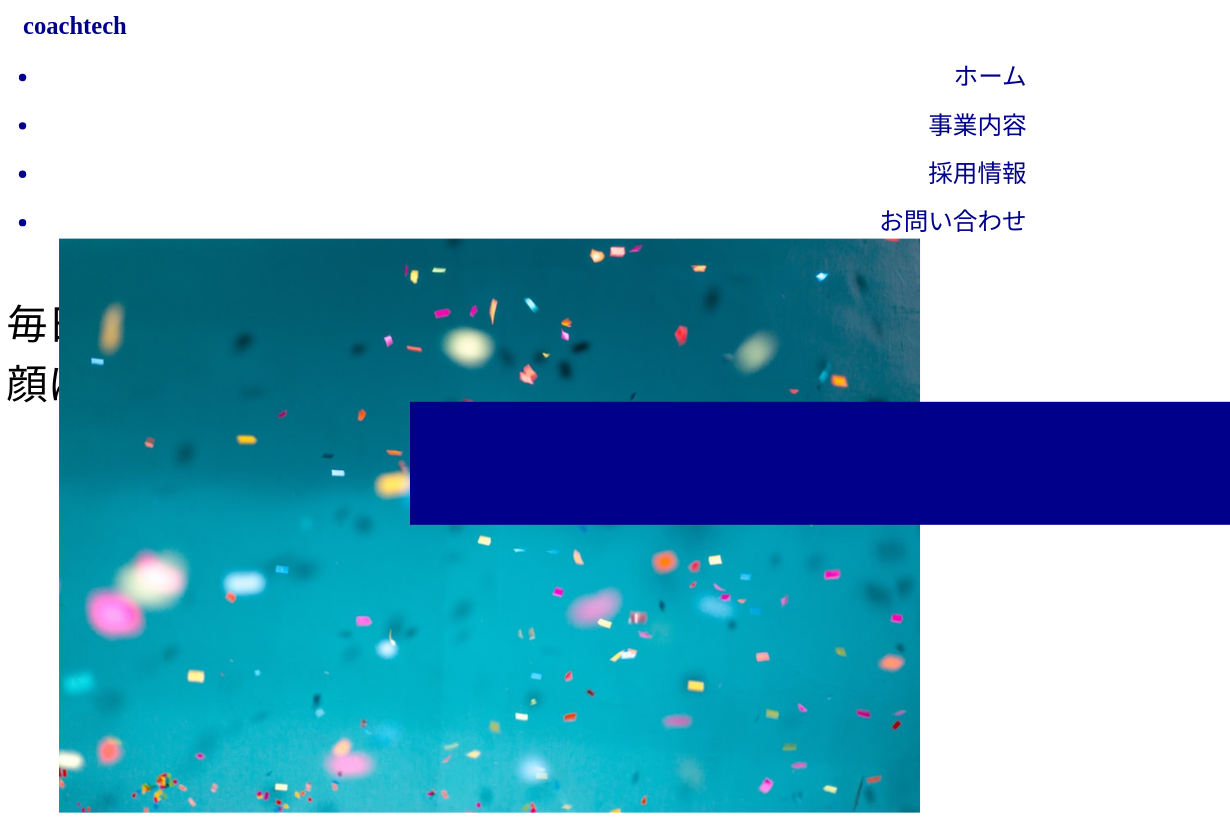
Repository: moro-ayu3/20230213_morohoshi
Page: index.html
These files come from the project's save history. The page is drawn as it stood at one moment and after a run of saves; the edit follows.
The browser window is 1280 px wide. The page is 1500 px wide, so the pictures cover 1500 px, including what lies to the right of the window. The pictures show the whole page, at 82% of full size.

Above is the page before, as saved 2023-02-13 14:08:05.

### index.html
<!DOCTYPE html>
<html lang="ja">

  <head>
    <meta charset="UTF-8" />
    <meta name="viewport" content="width=device-width, initial-scale=1.0" />
    <title>css演習問題</title>
    <link rel="stylesheet" href="./style.css">
  </head>

  <body>
   <header>
    <h1>coachtech</h1>
    <ul>
    <li>ホーム</li>
    <li>事業内容</li>
    <li>採用情報</li>
    <li>お問い合わせ</li>
   </ul>
   </header>
   <main>
    <div class="flex">
     <p>毎日を笑顔に</p>
     <div class="relative img">
      <img src="img/firstview.jpeg" alt="firstview">
     </div>
     <div class="absolute blue-box"></div>
    </div>
   </main>
  </body>

</html>

### style.css
h1 {
  color: #00008b;
  font-size: 30px;
  margin-top: 15px;
  margin-left: 20px;
}
.flex{
  display: flex;
  justify-content: flex-end;
}
li {
  color: #00008b;
  font-size: 30px;
  margin-top: 15px;
  margin-right: 20px;
  text-align: right;
}
p {
  color: black;
  font-size: 50px;
}
.absolute  {
  position: absolute;
  bottom: 80px;
  left: 500px;
}
.img {
  width: 100%;
  position: right;
}
.relative {
  position: relative;
  bottom: 15px;
  right: 150px;
}
.blue-box {
  width: 1000px;
  height: 150px;
  background-color: #00008b;
}

After the next 2 saves:
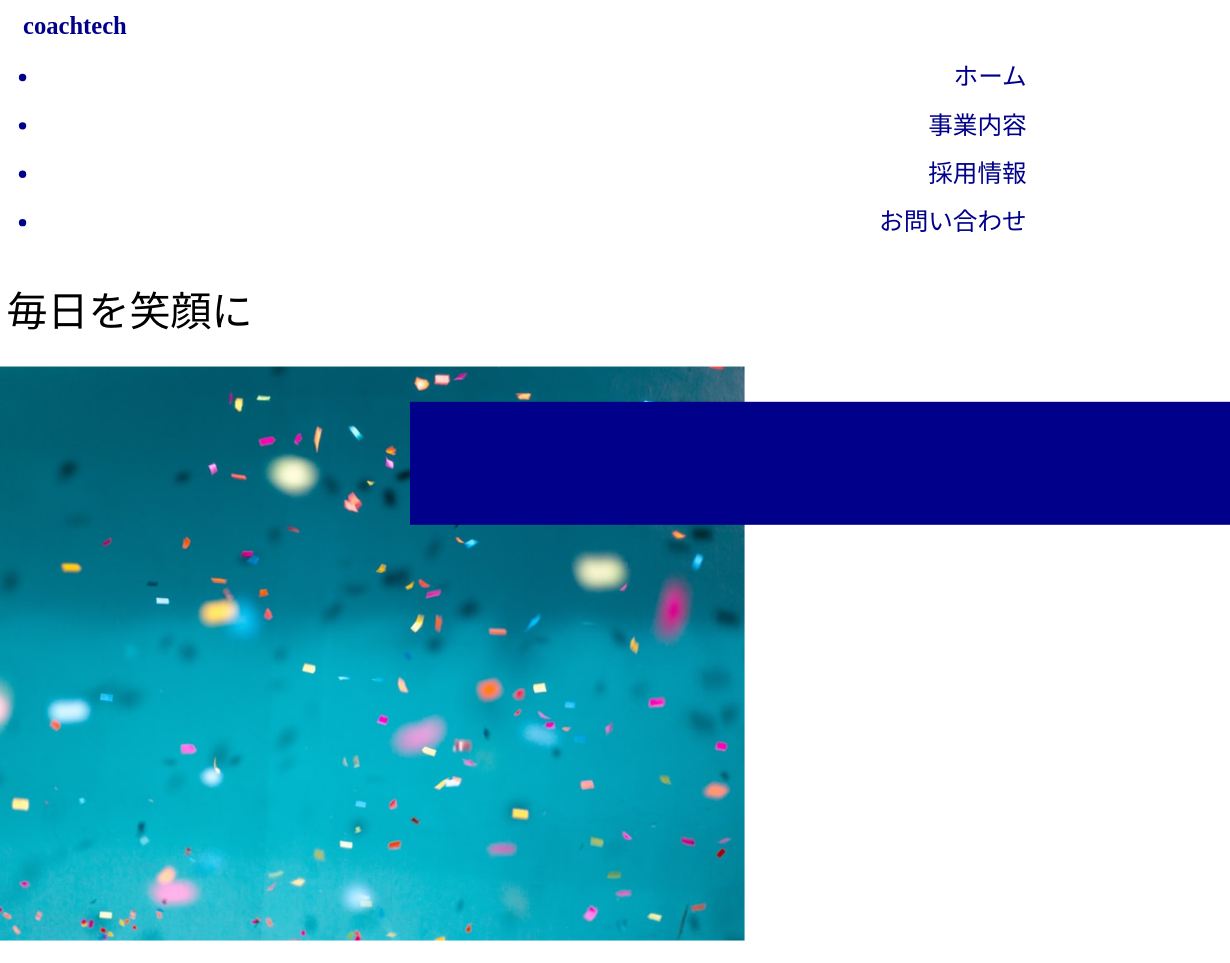
The 2 saves are shown as one change because they came seconds apart.
The last was saved 9 min 19 s later.
--- a/style.css
+++ b/style.css
@@ -3,10 +3,6 @@ h1 {
   font-size: 30px;
   margin-top: 15px;
   margin-left: 20px;
-}
-.flex{
-  display: flex;
-  justify-content: flex-end;
 }
 li {
   color: #00008b;
